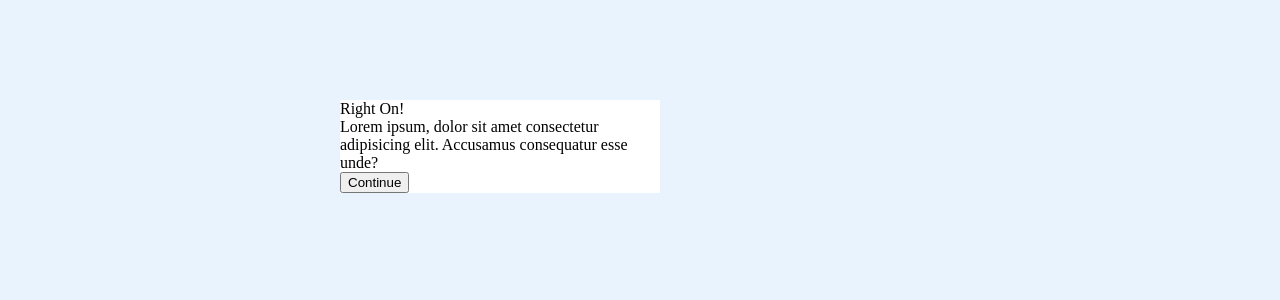
Repository: giahuy405/flash_message_BEM
Page: index.html
These files come from the project's save history. The page is drawn as it stood at one moment and after the next save; the edit follows.
The browser window is 1280 px wide. The pictures show the whole page.

Above is the page before, as saved 2022-09-06 02:08:05.

### index.html
<!DOCTYPE html>
<html lang="en">
<head>
    <meta charset="UTF-8">
    <meta http-equiv="X-UA-Compatible" content="IE=edge">
    <meta name="viewport" content="width=device-width, initial-scale=1.0">
    <title>Document</title>
    <link rel="stylesheet" href="css/index.css">
</head>
<body>
        <!--
        code về phần flash message và áp dụng BEM Block Element Modifier
        Ví dụ :
        Laptop là Block ( 1 khối lớn )

        Thì các Element ( thành phần ) sẽ là : keyboard, mouse, screen, touch-pad
        Block Element : Laptop__keyboard, Laptop__mouse....

        Modifer ( biến thể khác ) sẽ là : loại của chúng như to, nhỏ, hãng,...
        Block Modifier : Laptop--big, Laptop--small,
        Block Element Modifier : Laptop__keyboard--apple , Laptop__touch-pad--smooth,...
    -->
        <!-- Block: flash message
        Element: img, title, desc (description), button
        Modifier: primary, secondary

        Block 1 & block 2
        flash-message
        flash-message__img, flash-message__title, flash-message__desc, flash-message__button

        Block 1: flash-message__title--primary -->


        <div class="container">
            <div class="flash-message">
                <div class="flash-message__img">

                </div>
                <div class="flash-message__title">
                    Right On!
                </div>
                <div class="flash-message__desc">
                    Lorem ipsum, dolor sit amet consectetur adipisicing elit. Accusamus consequatur esse unde?
                </div>
                <button class="flash-message__button">Continue</button>
            </div>
            <div class="flash-message">

            </div>
             <div class="clear"></div>
        </div>

</body>
</html>

### css/index.css
*{
    box-sizing: border-box;
}
body{
    padding: 0;
    margin: 0;
    background-color: #e8f3fe;
}
.clear{
    clear: both;
}
.container{
    width: 50%;
    margin: 0 auto;
}
.flash-message{
    float: left;
    width: 50%;
    background-color: white;
    margin: 100px 20px;
}

After the next save:
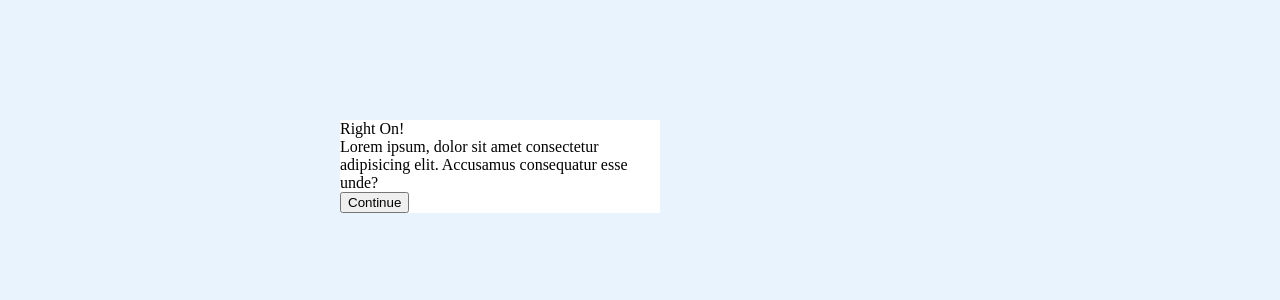
Saved 7 s later.
--- a/css/index.css
+++ b/css/index.css
@@ -17,5 +17,5 @@
     float: left;
     width: 50%;
     background-color: white;
-    margin: 100px 20px;
+    margin: 120px 20px;
 }
